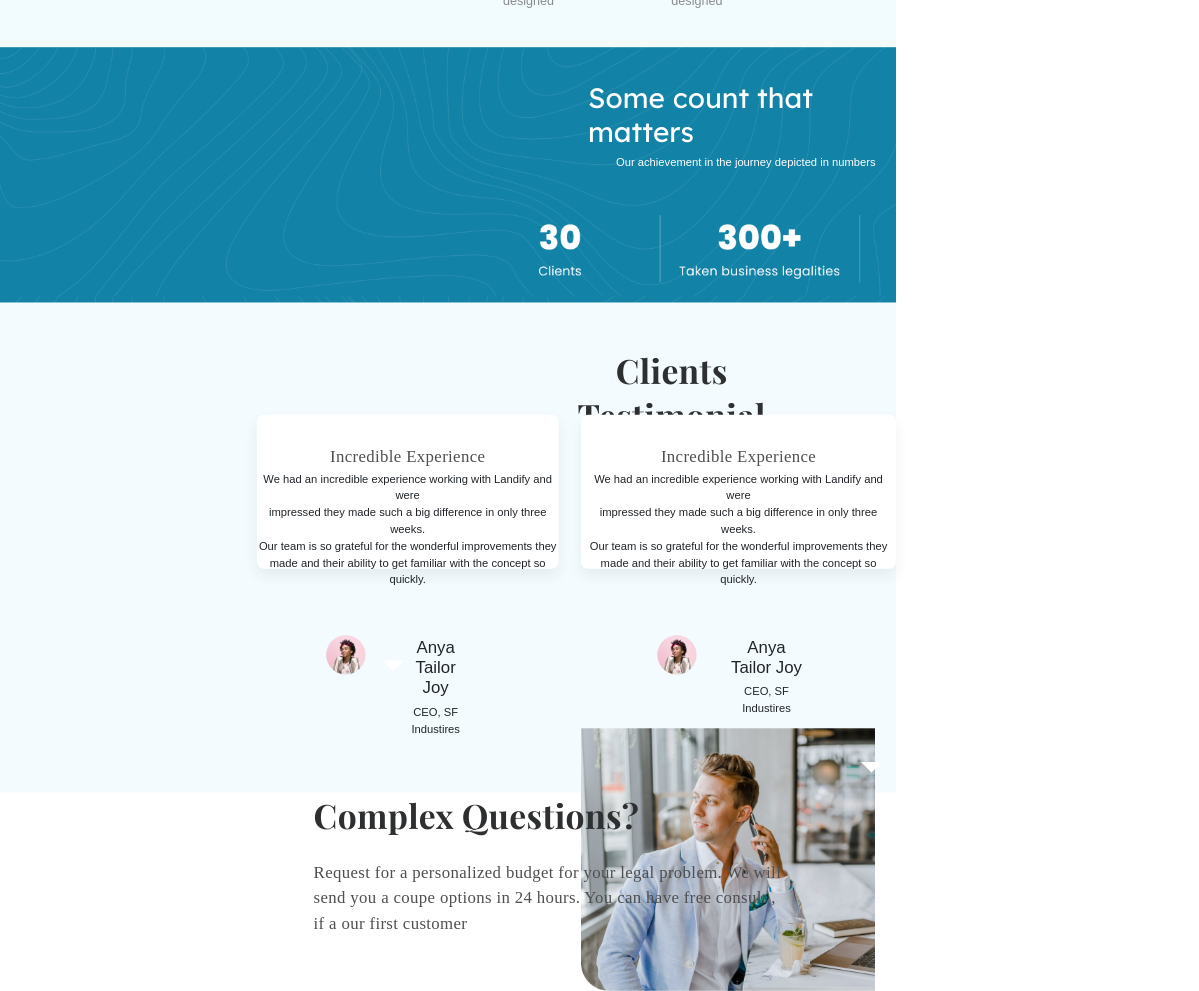
Repository: SAYYODTURINALIYEV/amaliy
Page: index.html
The author's editor kept a copy of each file at every save. The page is drawn from the files as they stood at one save, then again after the next save.
The browser window is 1280 px wide. The page is 1713 px wide, so the pictures cover 1713 px, including what lies to the right of the window. The pictures show the part of the page from y = 1858 to 3298 px (the page is 3274 px tall before and 3298 px after), at 70% of full size.

Above is the page before, as saved 2022-05-20 17:48:00.

### index.html
<!DOCTYPE html>
<html lang="en">

<head>
    <meta charset="UTF-8">
    <meta name="viewport" content="width=device-width, initial-scale=1.0">
    <meta http-equiv="X-UA-Compatible" content="ie=edge">
    <meta name="Description" content="Enter your description here" />
    <link rel="stylesheet" href="https://cdnjs.cloudflare.com/ajax/libs/twitter-bootstrap/4.6.0/css/bootstrap.min.css">
    <link rel="stylesheet" href="https://cdnjs.cloudflare.com/ajax/libs/font-awesome/5.15.4/css/all.min.css">
    <link rel="stylesheet" href="styles/style.css">
    <title>figma</title>
</head>

<body>

    <nav id="nav">
        <section id="header_left">
            <div id="author_logo">
                <h1 id="author_logo_h1">L</h1>
            </div>
            <h1 id="author">Lawliet</h1>
        </section>
        <section id="header_right" class="ml-5 header_right">
            <section id="menues" class="ml-5">
                <ul id="menues_ul">
                    <a href="#">
                        <li>CONTACT</li>
                    </a>
                    <a href="#" class="ml-5">
                        <li>TESTIMONIALS</li>
                    </a>
                    <a href="#" class="ml-5">
                        <li>ABOUT</li>
                    </a>
                    <a href="#" class="ml-5">
                        <li>TERMS</li>
                    </a>
                </ul>
                <a href="#" id="search"><i class="fas fa-search ml-5" ></i></a>
            </section>

        </section>
    </nav><br>
    <section id="header">
        <div id="header_top"><br>
            <div class="ml-5">
                <h1 id="header_top_h1">Your Solution <br> Legal Consultacy</h1><br><br>
                <p id="header_top_p">We are here to help you take care of your legality <br> with the best service especially for you.</p><br>
                <button type="button" id="header_top_button">GET STARTED</button><br><br><br><br><br><br><br>
                <p id="header_top_p2">Trusted by 10+ companies in indonesia</p><br>
                <div id="brends">
                    <img src="images/Airbnb Logo.png" alt="" id="brends1">
                    <img src="images/Layer 2.png" alt="" class="ml-5" id="brends2"> <br><br>
                    <img src="images/Microsoft Logo.png" alt="" id="brends3">
                    <img src="images/Google Logo.png" alt="" class="ml-3" id="brends4">
                </div>

                <img src="images/Hero Image.png" alt="" id="header_top_img">

            </div>

        </div>
        <div id="header_bottom" class="mt-0">
            <div id="header_bottom_left"><br><br><br><br><br><br><br><br><br>
                <h1 id="header_bottom_left_h1">Why do we help <br> with legalization?</h1><br>
                <p id="header_bottom_left_p">We are here for UMKM in Indonesia <br> to carry out the legalization process, <br> which is sometimes complicated.</p>
            </div>
            <div class="continer2_right_top d-flex ml-5">
                <div class="con2_top_left">
                    <img src="images/Circle Layer.png" alt="" class="ml-5">
                    <h4 class="ml-5">Enviromental <br> Law</h4>
                    <p class="ml-5">Environmental legal issues <br> might occur since the planned <br> business activities are <br> designed</p>
                </div>
                <div class="con2_top_right mr-4">
                    <img src="images/Bag.png" alt="" class="ml-5">
                    <h4 class="ml-5">Corporate and <br> Commercial</h4>
                    <p class="ml-5">We provide a complete range <br> of services for the continuity <br> of your business activities.</p>
                </div>
            </div>
            <div id="con3_top">
                <img src="/images/Rocket.png" alt="" class="ml-5">
                <h4 class="ml-5">Enviromental <br> Law</h4>
                <p class="ml-5">Environmental legal issues <br> might occur since the planned <br> business activities are <br> designed</p><br>
            </div>
            <div id="con4_top">
                <img src="/images/User Arrows.png" alt="" class="ml-5">
                <h4 class="ml-5">Enviromental <br> Law</h4>
                <p class="ml-5">Environmental legal issues <br> might occur since the planned <br> business activities are <br> designed</p><br>
            </div>

        </div>

    </section>
    <section id="main">
        <div id="main_top">
            <div id="main_top1">
                <h1 id="main_top1_h1"><br> Some count that matters
                </h1>
                <p class="ml-5" id="main_top1_p">Our achievement in the journey depicted in numbers</p><br><br>
                <img src="images/Counts.png" alt="" class="image">
            </div>

        </div>
    </section>
    <section id="clients">

        <h2 id="main2_h1"><br> Clients Testimonial</h2>
        <br>
        <div id="main2_1">
            <h3 id="main2_1_h1"><br><br> <br><br> Incredible Experience</h3>
            <p id="main2_1_p">We had an incredible experience working with Landify and were <br> impressed they made such a big difference in only three weeks. <br> Our team is so grateful for the wonderful improvements they <br> made and their ability to get familiar
                with the concept so <br> quickly.</p>
            <img src="/images/Photo.png" alt="" id="main2_1_img">
            <h4 style="margin-left: 13rem;margin-top: -3.3rem;margin-right: 8rem;">Anya Tailor Joy</h4>
            <p style="margin-left: 13rem;margin-right: 8rem;">CEO, SF Industires</p>
        </div>
        <div id="main2_2">
            <h3 id="main2_1_h1"><br><br><br><br> Incredible Experience</h3>
            <p id="main2_1_p">We had an incredible experience working with Landify and were <br> impressed they made such a big difference in only three weeks. <br> Our team is so grateful for the wonderful improvements they <br> made and their ability to get familiar
                with the concept so <br> quickly.</p>
            <img src="/images/Photo.png" alt="" id="main2_2_img">
            <h4 style="margin-left: 13rem;margin-top: -3.3rem;margin-right: 8rem;">Anya Tailor Joy</h4>
            <p style="margin-left: 13rem;margin-right: 8rem;">CEO, SF Industires</p>
            <img src="images/Group 30.png" alt="">


        </div>
    </section>
    <section id="Complex_Questions">
        <h1 id="complex_h1">Complex Questions?</h1><br>
        <p id="complex_p">Request for a personalized budget for your legal problem. We will <br> send you a coupe options in 24 hours. You can have free consult , <br> if a our first customer</p>
    </section>






    <script src="https://cdnjs.cloudflare.com/ajax/libs/jquery/3.5.1/jquery.min.js"></script>
    <script src="https://cdnjs.cloudflare.com/ajax/libs/popper.js/1.16.1/umd/popper.min.js"></script>
    <script src="https://cdnjs.cloudflare.com/ajax/libs/twitter-bootstrap/4.6.0/js/bootstrap.min.js"></script>
</body>

</html>

### styles/style.css
@import url('https://fonts.googleapis.com/css2?family=Roboto:wght@100;500&display=swap');
@import url('https://fonts.googleapis.com/css2?family=Playfair+Display:wght@400;700&family=Roboto:wght@100;500&display=swap');
@import url('https://fonts.googleapis.com/css2?family=Lexend+Deca&display=swap');
* {
    margin: 0;
    padding: 0;
    box-sizing: border-box;
    font-family: sans-serif;
}


/* ====NAVBAR===START===*/

#nav {
    position: fixed;
    background-color: white;
    width: 100%;
}

#menues {
    list-style-type: none;
    display: flex;
    flex-direction: row;
    justify-content: center;
    margin-right: -10rem;
}

#menues ul a {
    color: #2D2F30;
}

#menues_ul {
    display: flex;
    flex-direction: row;
    justify-content: center;
    list-style: none;
    margin-left: 32rem;
    margin-top: -2rem;
    font-family: 'Roboto', sans-serif;
}


/* ====NAVBAR===END===*/

#header_left {
    display: flex;
    flex-direction: row;
    margin-left: 240px;
    margin-top: 2rem;
}

#author_logo {
    width: 3rem;
    height: 3rem;
    background-color: #094B72;
    text-align: center;
    border-radius: 30px;
    padding: 20px;
    cursor: pointer;
    margin-left: 8.6rem;
}

#author_logo_h1 {
    margin-top: -0.9rem;
    font-size: 30px;
    font-weight: lighter;
    margin-left: -0.2rem;
    color: white;
}

#author {
    font-weight: bolder;
    margin-left: 1rem;
    font-family: 'Roboto', sans-serif;
    font-size: 28px;
    margin-top: 0.5rem;
    cursor: pointer;
}

#search {
    color: #2D2F30;
    margin-left: 5.8rem;
    margin-top: -2.3rem;
    font-size: 1.5rem;
    font-weight: bolder;
}


/* ====NAVBAR===END===*/


/* ====HEADER-TOP===START===*/

#header_top {
    background-color: #F9F8F9;
    height: 1072px;
}

#header_top_h1 {
    font-family: 'Playfair Display';
    font-style: normal;
    font-weight: 900;
    font-size: 76px;
    line-height: 120%;
    letter-spacing: 0.02em;
    color: #094B72;
    margin-left: 329px;
    margin-top: 10rem;
}

#header_top_p {
    font-family: sans-serif;
    font-style: normal;
    font-weight: 500;
    font-size: 20px;
    line-height: 158%;
    display: flex;
    align-items: center;
    letter-spacing: 0.5px;
    color: #4F4F4F;
    margin-left: 329px;
}

#header_top_button {
    background: #094B72;
    border-radius: 8px;
    padding: 25px;
    margin-left: 329px;
    color: rgb(253, 244, 244);
    font-family: sans-serif;
    border: none;
    font-weight: bold;
}

#header_top_button:hover {
    transition: 0.2s;
    box-shadow: 6px 6px black;
}

#header_top_button:active {
    transition: 0.1s;
    box-shadow: 6px 6px rgb(255, 255, 255);
}

#header_top_img {
    margin-top: -57.98rem;
    width: 549px;
    height: 973px;
    margin-left: 55rem;
}

#header_top_p2 {
    font-style: normal;
    font-weight: 400;
    font-size: 22px;
    letter-spacing: 0.04em;
    color: #8B8C8C;
    margin-left: 329px;
}

#brends {
    margin-left: 329px;
}

#brends1:hover {
    transform: scale(1.2);
    transition: all 0.9s;
}

#brends2:hover {
    transform: scale(1.2);
    transition: all 0.9s;
}

#brends3 {
    margin-right: 1rem;
}

#brends3:hover {
    transform: scale(1.2);
    transition: all 0.9s;
}

#brends4:hover {
    transform: scale(1.2);
    transition: all 0.9s;
}

#brends img {
    cursor: pointer;
}


/* ====HEADER-TOP===END===*/


/* ====HEADER-BOTTOM===START===*/

#header_bottom {
    background-color: #F2FCFF;
    height: 830px;
}

#header_bottom_left {
    margin-left: 369px;
}

#header_bottom_left_h1 {
    font-family: 'Playfair Display';
    font-style: bold;
    font-weight: 700;
    font-size: 52px;
    line-height: 64px;
    letter-spacing: 0.323077px;
    color: #2D2F30;
}

#header_bottom_left_p {
    font-family: 'Poppins';
    font-style: normal;
    font-weight: 400;
    font-size: 28px;
    line-height: 36px;
    letter-spacing: 0.5px;
    color: #8B8C8C;
}

#header_bottom {
    display: flex;
    flex-direction: row;
}

.continer2_left {
    margin-left: -1%;
    padding-top: 15%;
    padding-bottom: 15%;
}

.continer2_left h1 {
    font-family: 'Playfair Display';
    font-style: normal;
    font-weight: 700;
    font-size: 48px;
    line-height: 64px;
    letter-spacing: 0.323077px;
    color: #2D2F30;
}

.continer2_left p {
    font-family: 'Poppins';
    font-style: normal;
    font-weight: 400;
    font-size: 20px;
    line-height: 36px;
    letter-spacing: 0.5px;
    color: #8B8C8C;
}

.con2_top_left {
    background-color: white;
    width: 17.8%;
    height: 250px;
    border-radius: 10px;
    position: absolute;
    margin-left: 39.8rem;
}

.con2_top_left img {
    margin-left: 20px;
    margin-top: 20px;
}

.con2_top_left h4 {
    margin-left: 20px;
    margin-top: 10px;
}

.con2_top_left p {
    margin-left: 20px;
    margin-top: 10px;
    color: #8B8C8C;
}

.continer2_right_top {
    margin-top: 10%;
    width: 50%;
}

.continer2_right h1 {
    font-family: 'Playfair Display';
    font-style: normal;
    font-weight: 700;
    font-size: 48px;
    line-height: 64px;
    letter-spacing: 0.323077px;
    color: #2D2F30;
}

.continer2_right p {
    font-family: 'Poppins';
    font-style: normal;
    font-weight: 400;
    font-size: 20px;
    line-height: 36px;
    letter-spacing: 0.5px;
    color: #8B8C8C;
}

.con2_top_right {
    background-color: white;
    position: relative;
    width: 35.8%;
    height: 250px;
    margin-left: 22.5%;
    border-radius: 10px;
}

.con2_top_right img {
    margin-left: 20px;
    margin-top: 20px;
}

.con2_top_right h4 {
    margin-left: 20px;
    margin-top: 10px;
}

.con2_top_right p {
    margin-left: 20px;
    margin-top: 10px;
    color: #8B8C8C;
}

.continer2_right_bottom {
    margin-top: 40%;
    margin-left: -55%;
}

.con2_bottom_left {
    background-color: white;
    width: 57%;
    height: 250px;
    margin-left: -10%;
    margin-top: -5%;
    border-radius: 10px;
}

.con2_bottom_left img {
    margin-left: 20px;
    margin-top: 20px;
}

.con2_bottom_left h4 {
    margin-left: 20px;
    margin-top: 10px;
}

.con2_bottom_left p {
    margin-left: 20px;
    margin-top: 10px;
    color: #8B8C8C;
    font-size: 18px;
}

.con2_bottom_right {
    background-color: white;
    width: 57%;
    height: 250px;
    margin-top: -5%;
    left: 14%;
    margin-bottom: 20%;
    border-radius: 10px;
    margin-right: 2rem;
}

.con2_bottom_right img {
    margin-left: 20px;
    margin-top: 20px;
}

.con2_bottom_right h4 {
    margin-left: 20px;
    margin-top: 10px;
}

.con2_bottom_right p {
    margin-left: 20px;
    margin-top: 10px;
    color: #8B8C8C;
    font-size: 18px;
}

#con3_top {
    background-color: white;
    width: 17.8%;
    height: 250px;
    left: 14%;
    border-radius: 10px;
    margin-top: 30rem;
    margin-left: -51.1rem;
}

.con2_top_right:hover {
    transform: scale(1.1);
    transition: all 0.8s;
}

.con2_top_left:hover {
    transform: scale(1.1);
    transition: all 0.5s;
}

#con4_top {
    background-color: white;
    width: 17.8%;
    height: 250px;
    border-radius: 10px;
    margin-top: 30rem;
    margin-left: 1%;
}

#con4_top:hover {
    transform: scale(1.1);
    transition: all 0.8s;
}

#con3_top:hover {
    transform: scale(1.1);
    transition: all 0.8s;
}

#con3_top img {
    margin-left: 20px;
    margin-top: 20px;
}

#con3_top h4 {
    margin-left: 20px;
    margin-top: 10px;
}

#con3_top p {
    margin-left: 20px;
    margin-top: 10px;
    color: #8B8C8C;
    font-size: 18px;
}

#con4_top p {
    margin-left: 20px;
    margin-top: 10px;
    color: #8B8C8C;
}

#con4_top img {
    margin-left: 20px;
    margin-top: 20px;
}

#con4_top h4 {
    margin-left: 20px;
    margin-top: 10px;
}

#con4_top p {
    margin-left: 20px;
    margin-top: 10px;
    color: #8B8C8C;
    font-size: 18px;
}

#main_top {
    background: url(/images/BG.png);
    height: 365px;
}

#main_top1 {
    margin-left: 38rem;
    font-family: 'Lucida Sans', 'Lucida Sans Regular', 'Lucida Grande', 'Lucida Sans Unicode', Geneva, Verdana, sans-serif;
}

#main_top1_h1 {
    color: white;
    font-family: 'Lexend Deca', sans-serif;
    margin-left: 14.5rem;
}

#main_top1_p {
    color: white;
    margin-left: 17rem !important;
}

.image {
    margin-left: 4rem;
}

#main2_h1 {
    font-family: 'Playfair Display';
    font-style: normal;
    font-weight: 700;
    font-size: 48px;
    line-height: 64px;
    text-align: center;
    letter-spacing: 0.5px;
    font-feature-settings: 'salt' on, 'liga' off;
    color: #2D2F30;
    margin-left: 49rem;
}

#main2 {
    background-color: #f4fbff;
}

#clients {
    background-color: #f4fbff;
    width: 30rem;
    width: 100%;
    display: flex;
    flex-direction: row;
    height: 700px;
}

#main2_1_h1 {
    font-family: 'Poppins';
    font-style: normal;
    font-weight: 400;
    font-size: 24px;
    margin-top: -3rem;
    line-height: 24px;
    letter-spacing: 0.5px;
    font-feature-settings: 'salt' on, 'liga' off;
    color: #4F4F4F;
    text-align: center;
}

#main2_1 {
    background-color: white;
    width: 27%;
    line-height: 24px;
    font-family: 'Poppins';
    text-align: center;
    border-radius: 10px;
    width: 540px;
    height: 220px;
    box-shadow: 0px 10px 20px rgba(41, 41, 42, 0.07);
    margin-top: 10rem;
    margin-left: -48rem;
}

#main2_2 {
    background-color: white;
    width: 27%;
    line-height: 24px;
    font-family: 'Poppins';
    text-align: center;
    border-radius: 10px;
    width: 540px;
    height: 220px;
    box-shadow: 0px 10px 20px rgba(41, 41, 42, 0.07);
    margin-top: 10rem;
    margin-left: 2rem;
}

#main2_2_h1 {
    font-family: 'Poppins';
    font-style: normal;
    font-weight: 400;
    font-size: 24px;
    margin-top: -3rem;
    line-height: 24px;
    letter-spacing: 0.5px;
    font-feature-settings: 'salt' on, 'liga' off;
    color: #4F4F4F;
    text-align: center;
}

#main2_1::after {
    content: "";
    position: relative;
    border-width: 15px;
    border-style: solid;
    border-color: rgb(255, 255, 255) transparent transparent transparent;
    top: -114px;
    left: -20px;
}

#main2_2::after {
    content: "";
    position: relative;
    border-width: 15px;
    border-style: solid;
    border-color: rgb(255, 255, 255) transparent transparent transparent;
    top: -114px;
    left: -20px;
}

#main2_1_img {
    margin-top: 3.2rem;
    margin-right: 11rem;
}

#main2_2_img {
    margin-top: 3.2rem;
    margin-right: 11rem;
}

#Complex_Questions {}

#complex_h1 {
    font-family: 'Playfair Display';
    font-style: normal;
    font-weight: 700;
    font-size: 48px;
    line-height: 64px;
    letter-spacing: 0.5px;
    margin-left: 28rem;
    font-feature-settings: 'salt' on, 'liga' off;
    color: #2D2F30;
}

#complex_p {
    font-family: 'Poppins';
    font-style: normal;
    font-weight: 400;
    font-size: 24px;
    line-height: 36px;
    margin-left: 28rem;
    letter-spacing: 0.5px;
    color: #4F4F4F;
}

After the next save:
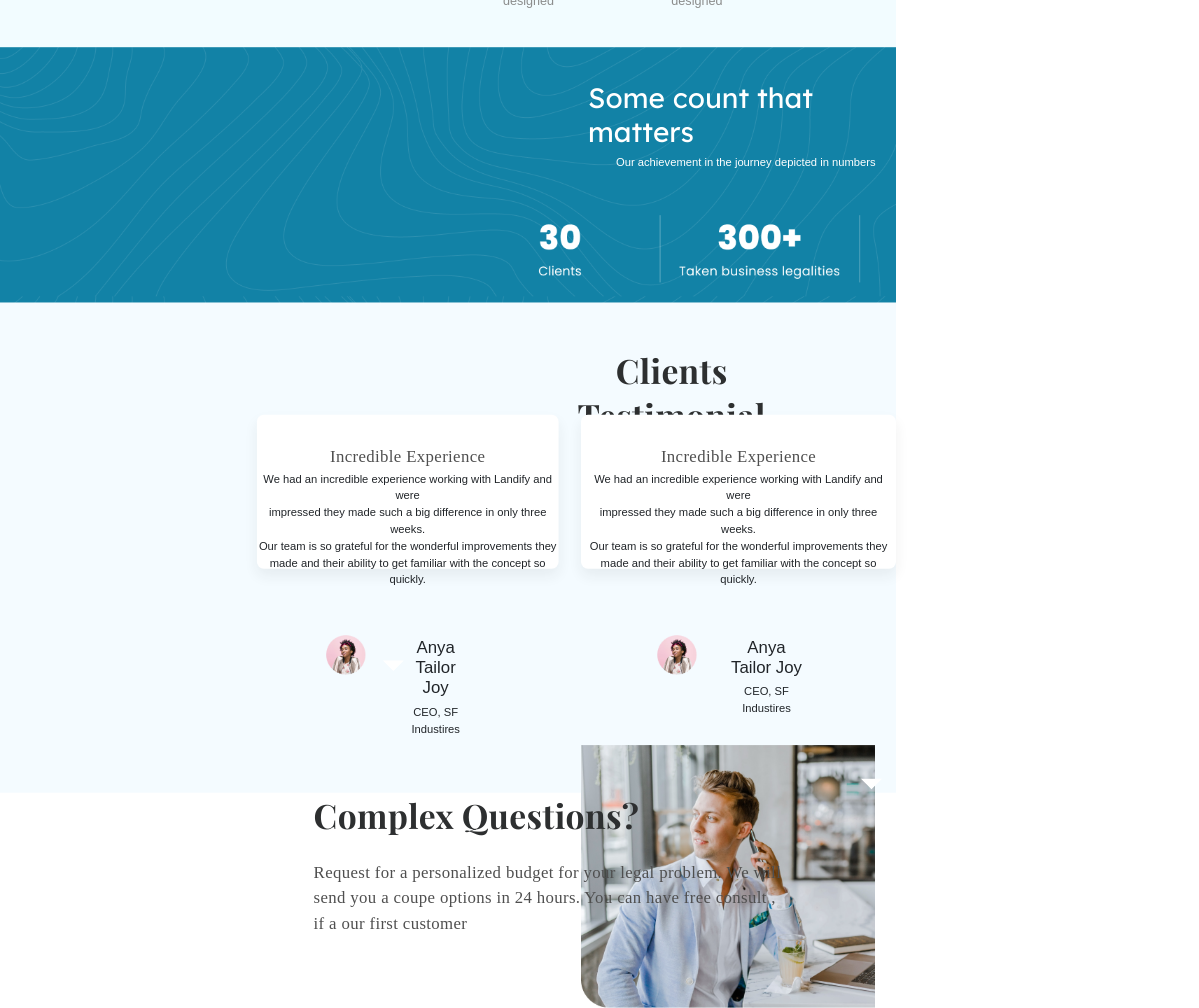
Saved 6 s later.
--- a/index.html
+++ b/index.html
@@ -121,7 +121,7 @@
                 with the concept so <br> quickly.</p>
             <img src="/images/Photo.png" alt="" id="main2_2_img">
             <h4 style="margin-left: 13rem;margin-top: -3.3rem;margin-right: 8rem;">Anya Tailor Joy</h4>
-            <p style="margin-left: 13rem;margin-right: 8rem;">CEO, SF Industires</p>
+            <p style="margin-left: 13rem;margin-right: 8rem;">CEO, SF Industires</p><br>
             <img src="images/Group 30.png" alt="">
 
 
